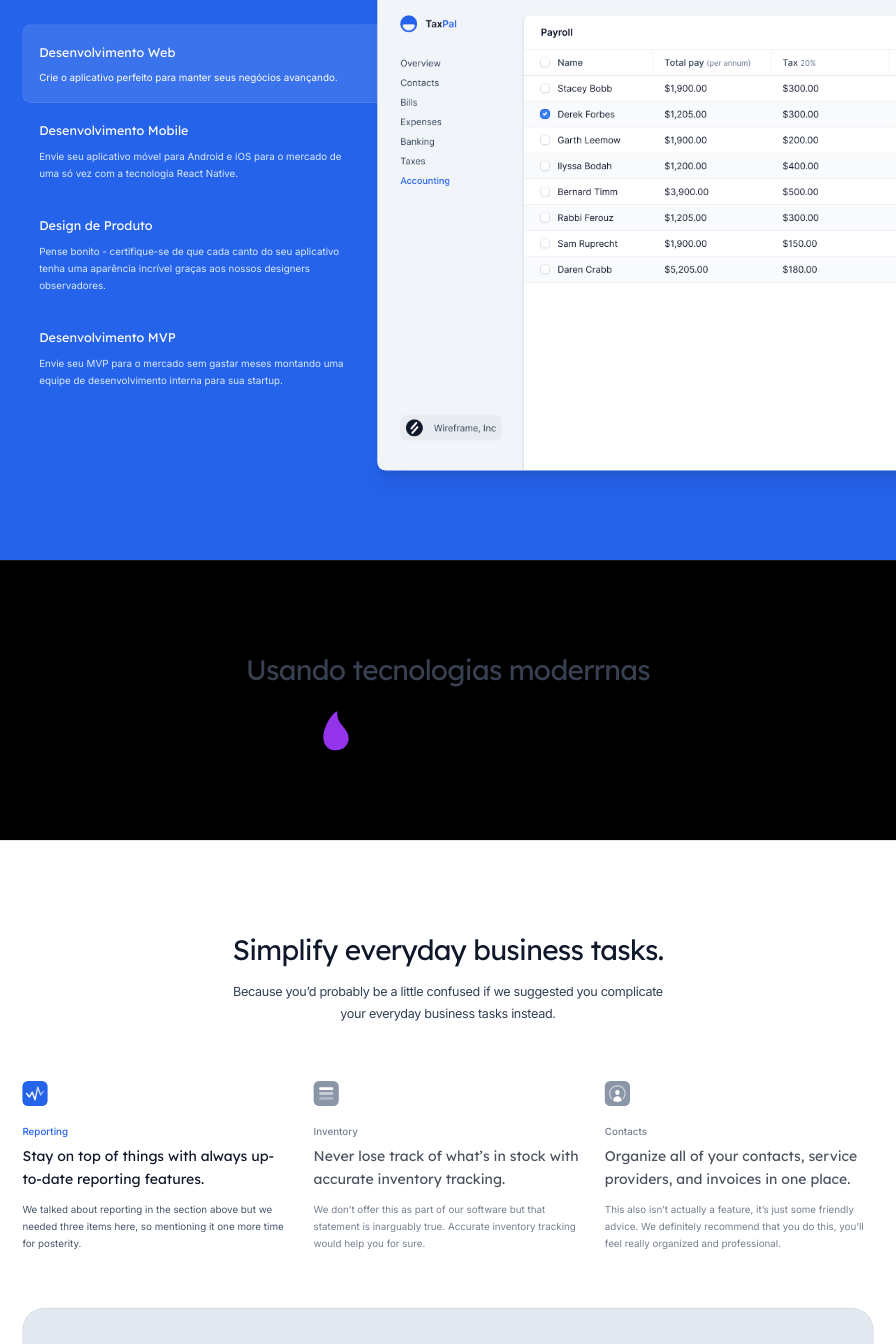
Repository: LuisSempre/imaginative
Page: /
These files come from the project's save history. The page is drawn as it stood at one moment and after the next save; the edit follows.
The browser window is 1280 px wide. The pictures show the part of the page from y = 2263 to 4183 px (the page is 10318 px tall), at 70% of full size.
The project was rebuilt for these pictures with package versions that can differ from the ones it lists, and the page was loaded fresh each time. The framework's server and built-in components were replaced by stand-ins that run in the browser. Also part of the build but not shown: next.config.js.

Above is the page before, as saved 2022-07-15 11:57:36.

### src/pages/index.jsx
import Head from 'next/head'

import { CallToAction } from '@/components/CallToAction'
import { Faqs } from '@/components/Faqs'
import { Footer } from '@/components/Footer'
import { Header } from '@/components/Header'
import { Hero } from '@/components/Hero'
import { Contact } from '@/components/Contact'
import { PrimaryFeatures } from '@/components/PrimaryFeatures'
import { SecondaryFeatures } from '@/components/SecondaryFeatures'
import { Testimonials } from '@/components/Testimonials'
import { Tecnology } from '@/components/Tecnology'

export default function Home() {
  return (
    <>
      <Head>
        <title>TaxPal - Accounting made simple for small businesses</title>
        <meta
          name="description"
          content="Most bookkeeping software is accurate, but hard to use. We make the opposite trade-off, and hope you don’t get audited."
        />
      </Head>
      <Header />
      <main>
        <Hero />
        <PrimaryFeatures />
        <Tecnology />
        <SecondaryFeatures />
        <CallToAction />
        <Testimonials />
        <Contact />
        <Faqs />
      </main>
      <Footer />
    </>
  )
}

### src/components/CallToAction.jsx
import Image from 'next/future/image'

import { Button } from '@/components/Button'
import { Container } from '@/components/Container'
import backgroundImage from '@/images/background-call-to-action.jpg'

export function CallToAction() {
  return (
    <section
      id="get-started-today"
      className="relative overflow-hidden bg-blue-600 py-32"
    >
      <Image
        className="absolute top-1/2 left-1/2 max-w-none -translate-x-1/2 -translate-y-1/2"
        src={backgroundImage}
        alt=""
        width={2347}
        height={1244}
        unoptimized
      />
      <Container className="relative">
        <div className="mx-auto max-w-lg text-center">
          <h2 className="font-display text-3xl tracking-tight text-white sm:text-4xl">
            Get started today
          </h2>
          <p className="mt-4 text-lg tracking-tight text-white">
            It’s time to take control of your books. Buy our software so you can
            feel like you’re doing something productive.
          </p>
          <Button href="/register" color="white" className="mt-10">
            Get 6 months free
          </Button>
        </div>
      </Container>
    </section>
  )
}

### src/components/Faqs.jsx
import Image from 'next/future/image'

import { Container } from '@/components/Container'
import backgroundImage from '@/images/background-faqs.jpg'

const faqs = [
  [
    {
      question: 'Does TaxPal handle VAT?',
      answer:
        'Well no, but if you move your company offshore you can probably ignore it.',
    },
    {
      question: 'Can I pay for my subscription via purchase order?',
      answer: 'Absolutely, we are happy to take your money in all forms.',
    },
    {
      question: 'How do I apply for a job at TaxPal?',
      answer:
        'We only hire our customers, so subscribe for a minimum of 6 months and then let’s talk.',
    },
  ],
  [
    {
      question: 'What was that testimonial about tax fraud all about?',
      answer:
        'TaxPal is just a software application, ultimately your books are your responsibility.',
    },
    {
      question:
        'TaxPal sounds horrible but why do I still feel compelled to purchase?',
      answer:
        'This is the power of excellent visual design. You just can’t resist it, no matter how poorly it actually functions.',
    },
    {
      question:
        'I found other companies called TaxPal, are you sure you can use this name?',
      answer:
        'Honestly not sure at all. We haven’t actually incorporated or anything, we just thought it sounded cool and made this website.',
    },
  ],
  [
    {
      question: 'How do you generate reports?',
      answer:
        'You just tell us what data you need a report for, and we get our kids to create beautiful charts for you using only the finest crayons.',
    },
    {
      question: 'Can we expect more inventory features?',
      answer: 'In life it’s really better to never expect anything at all.',
    },
    {
      question: 'I lost my password, how do I get into my account?',
      answer:
        'Send us an email and we will send you a copy of our latest password spreadsheet so you can find your information.',
    },
  ],
]

export function Faqs() {
  return (
    <section
      id="faq"
      aria-labelledby="faq-title"
      className="relative overflow-hidden bg-slate-50 py-20 sm:py-32"
    >
      <Image
        className="absolute top-0 left-1/2 max-w-none translate-x-[-30%] -translate-y-1/4"
        src={backgroundImage}
        alt=""
        width={1558}
        height={946}
        unoptimized
      />
      <Container className="relative">
        <div className="mx-auto max-w-2xl lg:mx-0">
          <h2
            id="faq-title"
            className="font-display text-3xl tracking-tight text-slate-900 sm:text-4xl"
          >
            Frequently asked questions
          </h2>
          <p className="mt-4 text-lg tracking-tight text-slate-700">
            If you can’t find what you’re looking for, email our support team
            and if you’re lucky someone will get back to you.
          </p>
        </div>
        <ul
          role="list"
          className="mx-auto mt-16 grid max-w-2xl grid-cols-1 gap-8 lg:max-w-none lg:grid-cols-3"
        >
          {faqs.map((column, columnIndex) => (
            <li key={columnIndex}>
              <ul role="list" className="flex flex-col gap-y-8">
                {column.map((faq, faqIndex) => (
                  <li key={faqIndex}>
                    <h3 className="font-display text-lg leading-7 text-slate-900">
                      {faq.question}
                    </h3>
                    <p className="mt-4 text-sm text-slate-700">{faq.answer}</p>
                  </li>
                ))}
              </ul>
            </li>
          ))}
        </ul>
      </Container>
    </section>
  )
}

### src/components/Footer.jsx
import Link from 'next/link'

import { Container } from '@/components/Container'
import { Logo } from '@/components/Logo'
import { NavLink } from '@/components/NavLink'

export function Footer() {
  return (
    <footer className="bg-slate-50">
      <Container>
        <div className="py-16">
          <Logo className="mx-auto h-10 w-auto" />
          <nav className="mt-10 text-sm" aria-label="quick links">
            <div className="-my-1 flex justify-center gap-x-6">
              <NavLink href="#features">Features</NavLink>
              <NavLink href="#testimonials">Testimonials</NavLink>
              <NavLink href="#pricing">Pricing</NavLink>
            </div>
          </nav>
        </div>
        <div className="flex flex-col items-center border-t border-slate-400/10 py-10 sm:flex-row-reverse sm:justify-between">
          <div className="flex gap-x-6">
            <Link
              href="https://twitter.com"
              className="group"
              aria-label="TaxPal on Twitter"
            >
              <svg
                aria-hidden="true"
                className="h-6 w-6 fill-slate-500 group-hover:fill-slate-700"
              >
                <path d="M8.29 20.251c7.547 0 11.675-6.253 11.675-11.675 0-.178 0-.355-.012-.53A8.348 8.348 0 0 0 22 5.92a8.19 8.19 0 0 1-2.357.646 4.118 4.118 0 0 0 1.804-2.27 8.224 8.224 0 0 1-2.605.996 4.107 4.107 0 0 0-6.993 3.743 11.65 11.65 0 0 1-8.457-4.287 4.106 4.106 0 0 0 1.27 5.477A4.073 4.073 0 0 1 2.8 9.713v.052a4.105 4.105 0 0 0 3.292 4.022 4.093 4.093 0 0 1-1.853.07 4.108 4.108 0 0 0 3.834 2.85A8.233 8.233 0 0 1 2 18.407a11.615 11.615 0 0 0 6.29 1.84" />
              </svg>
            </Link>
            <Link
              href="https://github.com"
              className="group"
              aria-label="TaxPal on GitHub"
            >
              <svg
                aria-hidden="true"
                className="h-6 w-6 fill-slate-500 group-hover:fill-slate-700"
              >
                <path d="M12 2C6.477 2 2 6.484 2 12.017c0 4.425 2.865 8.18 6.839 9.504.5.092.682-.217.682-.483 0-.237-.008-.868-.013-1.703-2.782.605-3.369-1.343-3.369-1.343-.454-1.158-1.11-1.466-1.11-1.466-.908-.62.069-.608.069-.608 1.003.07 1.531 1.032 1.531 1.032.892 1.53 2.341 1.088 2.91.832.092-.647.35-1.088.636-1.338-2.22-.253-4.555-1.113-4.555-4.951 0-1.093.39-1.988 1.029-2.688-.103-.253-.446-1.272.098-2.65 0 0 .84-.27 2.75 1.026A9.564 9.564 0 0 1 12 6.844a9.59 9.59 0 0 1 2.504.337c1.909-1.296 2.747-1.027 2.747-1.027.546 1.379.202 2.398.1 2.651.64.7 1.028 1.595 1.028 2.688 0 3.848-2.339 4.695-4.566 4.943.359.309.678.92.678 1.855 0 1.338-.012 2.419-.012 2.747 0 .268.18.58.688.482A10.02 10.02 0 0 0 22 12.017C22 6.484 17.522 2 12 2Z" />
              </svg>
            </Link>
          </div>
          <p className="mt-6 text-sm text-slate-500 sm:mt-0">
            Copyright &copy; {new Date().getFullYear()} TaxPal. All rights
            reserved.
          </p>
        </div>
      </Container>
    </footer>
  )
}

### src/components/Header.jsx
import { Fragment } from 'react'
import Link from 'next/link'
import { Popover, Transition } from '@headlessui/react'
import clsx from 'clsx'
import { Container } from '@/components/Container'
import { Logo } from '@/components/Logo'
import { NavLink } from '@/components/NavLink'

function MobileNavLink({ href, children }) {
  return (
    <Popover.Button as={Link} href={href} className="block w-full p-2">
      {children}
    </Popover.Button>
  )
}

function MobileNavIcon({ open }) {
  return (
    <svg
      aria-hidden="true"
      className="h-3.5 w-3.5 overflow-visible stroke-slate-700"
      fill="none"
      strokeWidth={2}
      strokeLinecap="round"
    >
      <path
        d="M0 1H14M0 7H14M0 13H14"
        className={clsx(
          'origin-center transition',
          open && 'scale-90 opacity-0'
        )}
      />
      <path
        d="M2 2L12 12M12 2L2 12"
        className={clsx(
          'origin-center transition',
          !open && 'scale-90 opacity-0'
        )}
      />
    </svg>
  )
}

function MobileNavigation() {
  return (
    <Popover>
      <Popover.Button
        className="relative z-10 flex h-8 w-8 items-center justify-center [&:not(:focus-visible)]:focus:outline-none"
        aria-label="Toggle Navigation"
      >
        {({ open }) => <MobileNavIcon open={open} />}
      </Popover.Button>
      <Transition.Root>
        <Transition.Child
          as={Fragment}
          enter="duration-150 ease-out"
          enterFrom="opacity-0"
          enterTo="opacity-100"
          leave="duration-150 ease-in"
          leaveFrom="opacity-100"
          leaveTo="opacity-0"
        >
          <Popover.Overlay className="fixed inset-0 bg-slate-300/50" />
        </Transition.Child>
        <Transition.Child
          as={Fragment}
          enter="duration-150 ease-out"
          enterFrom="opacity-0 scale-95"
          enterTo="opacity-100 scale-100"
          leave="duration-100 ease-in"
          leaveFrom="opacity-100 scale-100"
          leaveTo="opacity-0 scale-95"
        >
          <Popover.Panel
            as="div"
            className="absolute inset-x-0 flex flex-col p-4 mt-4 text-lg tracking-tight origin-top bg-white shadow-xl top-full rounded-2xl text-slate-900 ring-1 ring-slate-900/5"
          >
            <MobileNavLink href="#services">Serviços</MobileNavLink>
            <MobileNavLink href="#portifolio">Portfólio</MobileNavLink>
            <MobileNavLink href="#sobre">Sobre</MobileNavLink>
          </Popover.Panel>
        </Transition.Child>
      </Transition.Root>
    </Popover>
  )
}

export function Header() {
  return (
    <header className="py-10">
      <Container>
        <nav className="relative z-50 flex justify-between">
          <div className="flex items-center md:gap-x-12">
            <Link href="#" aria-label="Home">
              <Logo className="w-auto h-10" />
            </Link>
          </div>
          <div className="flex items-center gap-x-5 md:gap-x-8">
            <div className="hidden md:flex">
              <NavLink href="#services">Serviços</NavLink>
              <NavLink href="#portifolio">Portfólio</NavLink>
              <NavLink href="#sobre">Sobre</NavLink>
            </div>
            <div className="-mr-1 md:hidden">
              <MobileNavigation />
            </div>
          </div>
        </nav>
      </Container>
    </header>
  )
}

### src/components/Hero.jsx
import Image from 'next/future/image'

import { Button } from '@/components/Button'
import { Container } from '@/components/Container'
import logoLaravel from '@/images/logos/laravel.svg'
import logoMirage from '@/images/logos/mirage.svg'
import logoStatamic from '@/images/logos/statamic.svg'
import logoStaticKit from '@/images/logos/statickit.svg'
import logoTransistor from '@/images/logos/transistor.svg'
import logoTuple from '@/images/logos/tuple.svg'

export function Hero() {
  return (
    <Container className="pt-20 pb-16 text-center lg:pt-32">
      <h1 className="max-w-4xl mx-auto text-5xl font-medium tracking-tight font-display text-slate-900 sm:text-7xl">
        Construindo{' '}
        <span className="relative text-blue-500 whitespace-nowrap">
          <svg
            aria-hidden="true"
            viewBox="0 0 418 42"
            className="absolute top-2/3 left-0 h-[0.58em] w-full fill-blue-300/70"
            preserveAspectRatio="none"
          >
            <path d="M203.371.916c-26.013-2.078-76.686 1.963-124.73 9.946L67.3 12.749C35.421 18.062 18.2 21.766 6.004 25.934 1.244 27.561.828 27.778.874 28.61c.07 1.214.828 1.121 9.595-1.176 9.072-2.377 17.15-3.92 39.246-7.496C123.565 7.986 157.869 4.492 195.942 5.046c7.461.108 19.25 1.696 19.17 2.582-.107 1.183-7.874 4.31-25.75 10.366-21.992 7.45-35.43 12.534-36.701 13.884-2.173 2.308-.202 4.407 4.442 4.734 2.654.187 3.263.157 15.593-.78 35.401-2.686 57.944-3.488 88.365-3.143 46.327.526 75.721 2.23 130.788 7.584 19.787 1.924 20.814 1.98 24.557 1.332l.066-.011c1.201-.203 1.53-1.825.399-2.335-2.911-1.31-4.893-1.604-22.048-3.261-57.509-5.556-87.871-7.36-132.059-7.842-23.239-.254-33.617-.116-50.627.674-11.629.54-42.371 2.494-46.696 2.967-2.359.259 8.133-3.625 26.504-9.81 23.239-7.825 27.934-10.149 28.304-14.005.417-4.348-3.529-6-16.878-7.066Z" />
          </svg>
          <span className="relative">software inovador</span>
        </span>{' '}
        para você crescer.
      </h1>
      <p className="max-w-2xl mx-auto mt-6 text-xl tracking-tight text-slate-700">
        Desenvolvimento de aplicativos web e mobile
      </p>
      <div className="flex justify-center mt-10 gap-x-6">
        <Button className="px-12 py-4 text-xl" href="#contato">
          Entre em contato
        </Button>
      </div>
      <div className="mt-36 lg:mt-44">
        <p className="text-base font-display text-slate-900">
         Confiado por empresas inovadoras
        </p>
        <ul
          role="list"
          className="flex items-center justify-center mt-8 gap-x-8 sm:flex-col sm:gap-x-0 sm:gap-y-10 xl:flex-row xl:gap-x-12 xl:gap-y-0"
        >
          {[
            [
              { name: 'Transistor', logo: logoTransistor },
              { name: 'Tuple', logo: logoTuple },
              { name: 'StaticKit', logo: logoStaticKit },
            ],
            [
              { name: 'Mirage', logo: logoMirage },
              { name: 'Laravel', logo: logoLaravel },
              { name: 'Statamic', logo: logoStatamic },
            ],
          ].map((group, groupIndex) => (
            <li key={groupIndex}>
              <ul
                role="list"
                className="flex flex-col items-center gap-y-8 sm:flex-row sm:gap-x-12 sm:gap-y-0"
              >
                {group.map((company) => (
                  <li key={company.name} className="flex">
                    <Image src={company.logo} alt={company.name} unoptimized />
                  </li>
                ))}
              </ul>
            </li>
          ))}
        </ul>
      </div>
    </Container>
  )
}

### src/components/Tecnology.jsx
import { Container } from '@/components/Container'
import { FaReact, FaVuejs, FaNodeJs } from 'react-icons/fa'
import { SiElixir, SiTypescript } from 'react-icons/si'

export function Tecnology() {
  return (
    <section
      id="get-started-today"
      className="relative py-32 overflow-hidden bg-black"
    >
      <Container className="relative">
        <div className="w-full mx-auto text-center">
          <h2 className="text-3xl tracking-tight text-gray-700 font-display sm:text-4xl">
            Usando tecnologias moderrnas
          </h2>
          <div className="flex justify-center mt-8 space-x-6">
            <SiElixir className="fill-purple-600 h-14 w-14" />
            <FaNodeJs className="h-14 w-14" />
            <FaReact className="h-14 w-14" />
            <FaVuejs className="h-14 w-14" />
            <SiTypescript className="h-14 w-14" />
          </div>
        </div>
      </Container>
    </section>
  )
}

### src/components/Button.jsx
import Link from 'next/link'
import clsx from 'clsx'

const baseStyles = {
  solid:
    'group inline-flex items-center justify-center rounded-full py-2 px-4 text-sm font-semibold focus:outline-none focus-visible:outline-2 focus-visible:outline-offset-2',
  outline:
    'group inline-flex ring-1 items-center justify-center rounded-full py-2 px-4 text-sm focus:outline-none',
}

const variantStyles = {
  solid: {
    slate:
      'bg-slate-900 text-white hover:bg-slate-700 hover:text-slate-100 active:bg-slate-800 active:text-slate-300 focus-visible:outline-slate-900',
    blue: 'bg-blue-600 text-white hover:text-slate-100 hover:bg-blue-500 active:bg-blue-800 active:text-blue-100 focus-visible:outline-blue-600',
    white:
      'bg-white text-slate-900 hover:bg-blue-50 active:bg-blue-200 active:text-slate-600 focus-visible:outline-white',
  },
  outline: {
    slate:
      'ring-slate-200 text-slate-700 hover:text-slate-900 hover:ring-slate-300 active:bg-slate-100 active:text-slate-600 focus-visible:outline-blue-600 focus-visible:ring-slate-300',
    white:
      'ring-slate-700 text-white hover:ring-slate-500 active:ring-slate-700 active:text-slate-400 focus-visible:outline-white',
  },
}

export function Button({
  variant = 'solid',
  color = 'slate',
  className,
  href,
  ...props
}) {
  className = clsx(
    baseStyles[variant],
    variantStyles[variant][color],
    className
  )

  return href ? (
    <Link href={href} className={className} {...props} />
  ) : (
    <button className={className} {...props} />
  )
}

### src/components/Logo.jsx
import Image from 'next/image'
import logo from '../images/logos/logo.png'
export function Logo(props) {
  return <Image src={logo}  width={200}  height={32} alt="Picture of the author" />
}

Loaded but not shown: src/pages/_app.jsx (common file); src/pages/_document.jsx (common file); src/styles/tailwind.css (common file); src/components/Container.jsx (common file); src/components/NavLink.jsx (common file); tailwind.config.js (common file); src/components/Contact.jsx (187 lines, source omitted); src/components/SecondaryFeatures.jsx (231 lines, source omitted); src/components/Testimonials.jsx (144 lines, source omitted); src/components/PrimaryFeatures.jsx (157 lines, source omitted)

After the next save:
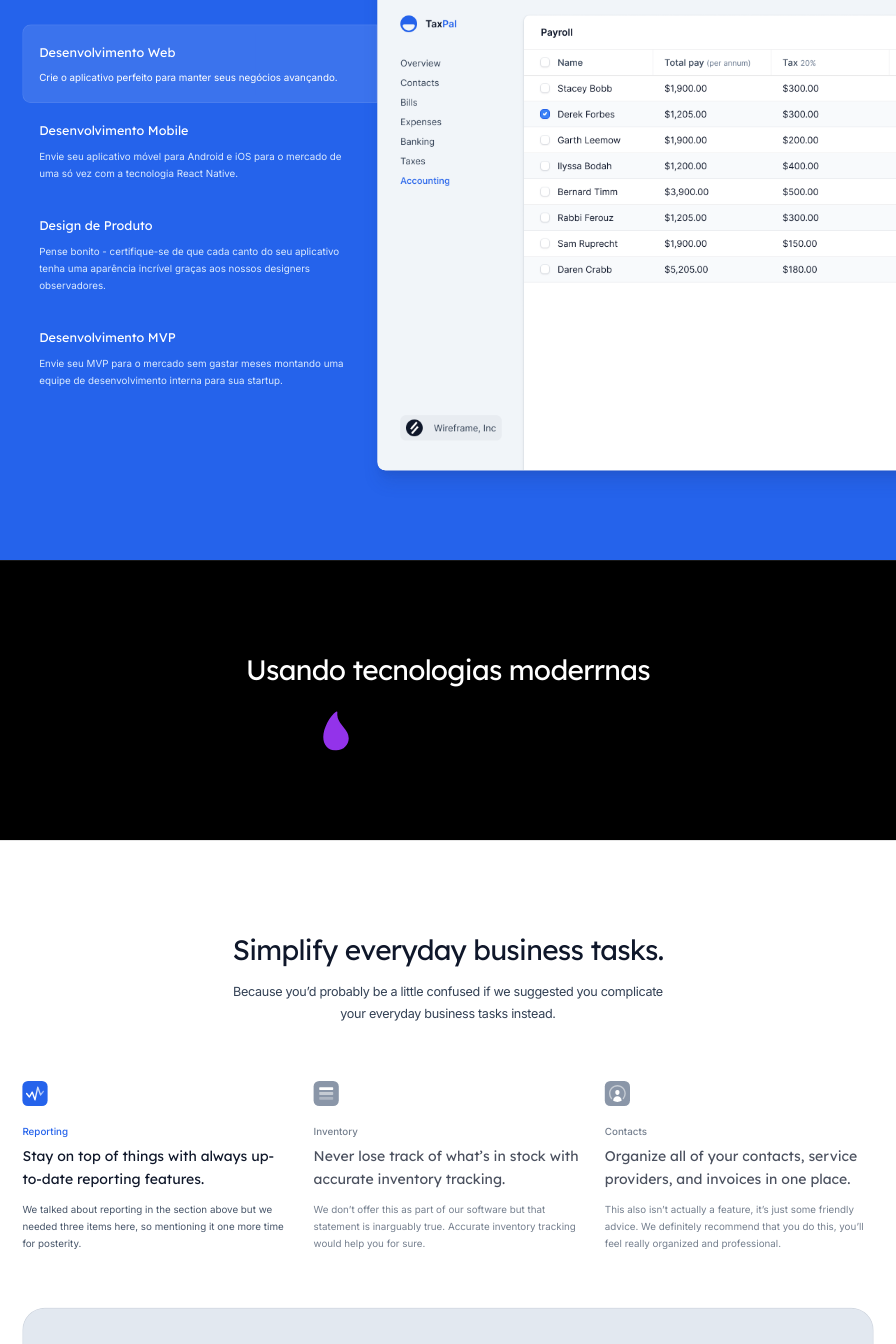
Saved 12 s later.
--- a/src/components/Tecnology.jsx
+++ b/src/components/Tecnology.jsx
@@ -10,7 +10,7 @@
     >
       <Container className="relative">
         <div className="w-full mx-auto text-center">
-          <h2 className="text-3xl tracking-tight text-gray-700 font-display sm:text-4xl">
+          <h2 className="text-3xl tracking-tight text-white font-display sm:text-4xl">
             Usando tecnologias moderrnas
           </h2>
           <div className="flex justify-center mt-8 space-x-6">
